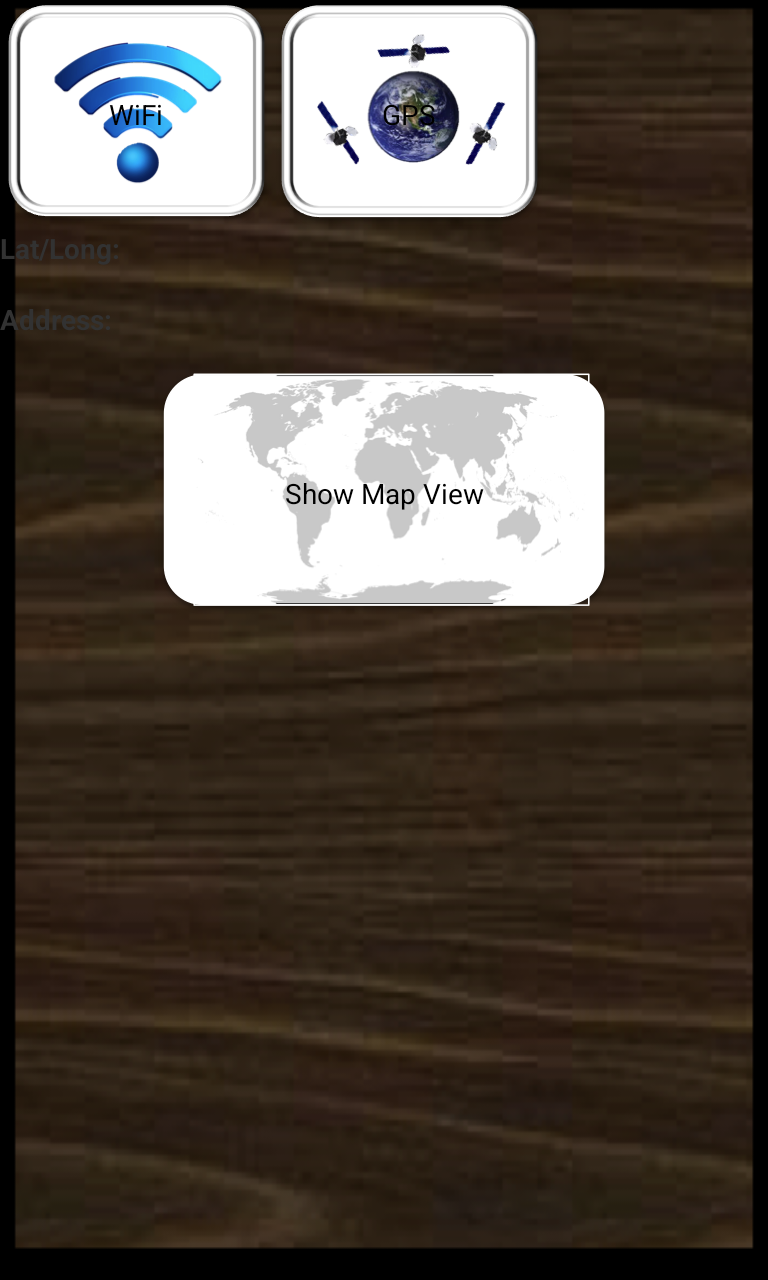
Repository: Arvind83/Pilot_project
Layout: LocationAware/res/layout/main.xml
The author's editor kept a copy of each file at every save. The layout is drawn from the files as they stood at one save, then again after the next save.
It is drawn on a 768 x 1280 px phone screen (xhdpi) without system bars, with theme android:Theme.Holo; the app's code is not run.

Above is the layout before, as saved 2013-03-17 21:09:06.

### LocationAware/res/layout/main.xml
<?xml version="1.0" encoding="utf-8"?>
<!--
  Copyright (C) 2012 The Android Open Source Project

  Licensed under the Apache License, Version 2.0 (the "License");
  you may not use this file except in compliance with the License.
  You may obtain a copy of the License at

       http://www.apache.org/licenses/LICENSE-2.0

  Unless required by applicable law or agreed to in writing, software
  distributed under the License is distributed on an "AS IS" BASIS,
  WITHOUT WARRANTIES OR CONDITIONS OF ANY KIND, either express or implied.
  See the License for the specific language governing permissions and
  limitations under the License.
-->
<LinearLayout xmlns:android="http://schemas.android.com/apk/res/android"
    android:layout_width="match_parent"
    android:layout_height="match_parent"
    android:theme="@android:style/Theme.Light"
    android:background= "@drawable/background"
    android:orientation="vertical">

    <LinearLayout android:layout_width="match_parent"
        android:layout_height="wrap_content"
        android:orientation="horizontal" >
        <Button android:id="@+id/provider_fine"
            android:layout_width="wrap_content"
            android:layout_height="wrap_content"
            android:text="@string/use_fine_provider"
            android:background="@drawable/button1_inactive"
            android:minWidth="120sp"
            android:layout_gravity = "left"
            android:onClick="useFineProvider" />

        <Button android:id="@+id/provider_both"
            android:layout_width="wrap_content"
            android:layout_height="wrap_content"
            android:text="@string/use_both_providers"
            android:background="@drawable/button2_inactive"
            android:minWidth="120sp"
            android:layout_gravity = "right"
            android:onClick="useCoarseFineProviders" />
    </LinearLayout>
    <LinearLayout android:layout_width="match_parent"
        android:layout_height="wrap_content"
        android:orientation="vertical" >
    <TextView android:id="@+id/label_latlng"
        android:layout_width="match_parent"
        android:layout_height="wrap_content"
        android:layout_gravity ="center_vertical"
        android:textStyle="bold"
        android:textSize="14sp"
        android:text="@string/latlng" />
    <TextView android:id="@+id/latlng"
        android:layout_width="match_parent"
        android:layout_height="wrap_content"
        android:layout_gravity ="center_vertical"
        android:textStyle="bold"
        android:textSize="12sp" />
    <TextView android:id="@+id/label_address"
        android:layout_width="match_parent"
        android:layout_height="wrap_content"
        android:layout_gravity ="center_vertical"
        android:textStyle="bold"
        android:textSize="14sp"
        android:text="@string/address" />
    <TextView android:id="@+id/address"
        android:layout_width="match_parent"
        android:layout_height="wrap_content"
        android:gravity="center"
        android:textStyle="bold"
        android:layout_gravity ="center_vertical"
        android:textSize="12sp" />
    <LinearLayout
    android:id="@+id/LinearLayout1"
    android:layout_width="fill_parent"
    android:layout_height="fill_parent"
    android:gravity="center"
    android:orientation="vertical" >
    <Button android:id="@+id/map_view"
            android:layout_width="wrap_content"
            android:layout_height="wrap_content"
            android:text="@string/show_map"
            android:background="@drawable/gotomap"
            android:gravity = "center"
            android:minWidth="180sp"/>
            </LinearLayout>

    </LinearLayout>

</LinearLayout>

### LocationAware/res/values/strings.xml
<?xml version="1.0" encoding="utf-8"?>
<!--
  Copyright (C) 2012 The Android Open Source Project

  Licensed under the Apache License, Version 2.0 (the "License");
  you may not use this file except in compliance with the License.
  You may obtain a copy of the License at

       http://www.apache.org/licenses/LICENSE-2.0

  Unless required by applicable law or agreed to in writing, software
  distributed under the License is distributed on an "AS IS" BASIS,
  WITHOUT WARRANTIES OR CONDITIONS OF ANY KIND, either express or implied.
  See the License for the specific language governing permissions and
  limitations under the License.
-->
<resources>
    <string name="app_name">Location Update App</string>
    <string name="address">Address:</string>
    <string name="enable_gps">Enable GPS</string>
    <string name="enable_gps_dialog">GPS provider not enabled. Would you like to enable it?</string>
    <string name="latlng">Lat/Long:</string>
    <string name="unknown">--Unknown--</string>
    <string name="not_support_gps">GPS provider not supported</string>
    <string name="not_support_network">Network provider not supported</string>
    <string name="use_fine_provider">WiFi</string>
    <string name="use_both_providers">GPS</string>
    <string name="show_map">Show Map View</string>
    <string name="back">Back to Welcome Screen</string>
</resources>

### LocationAware/res/drawable/button1_inactive.xml
<?xml version="1.0" encoding="utf-8"?>
<!--
  Copyright (C) 2012 The Android Open Source Project

  Licensed under the Apache License, Version 2.0 (the "License");
  you may not use this file except in compliance with the License.
  You may obtain a copy of the License at

       http://www.apache.org/licenses/LICENSE-2.0

  Unless required by applicable law or agreed to in writing, software
  distributed under the License is distributed on an "AS IS" BASIS,
  WITHOUT WARRANTIES OR CONDITIONS OF ANY KIND, either express or implied.
  See the License for the specific language governing permissions and
  limitations under the License.
-->
<selector xmlns:android="http://schemas.android.com/apk/res/android">
    <item android:state_pressed="true"
        android:drawable="@drawable/button1_pressed" />
    <item android:drawable="@drawable/button1_default" />
</selector>

### LocationAware/res/drawable/button2_inactive.xml
<?xml version="1.0" encoding="utf-8"?>
<!--
  Copyright (C) 2012 The Android Open Source Project

  Licensed under the Apache License, Version 2.0 (the "License");
  you may not use this file except in compliance with the License.
  You may obtain a copy of the License at

       http://www.apache.org/licenses/LICENSE-2.0

  Unless required by applicable law or agreed to in writing, software
  distributed under the License is distributed on an "AS IS" BASIS,
  WITHOUT WARRANTIES OR CONDITIONS OF ANY KIND, either express or implied.
  See the License for the specific language governing permissions and
  limitations under the License.
-->
<selector xmlns:android="http://schemas.android.com/apk/res/android">
    <item android:state_pressed="true"
        android:drawable="@drawable/button2_pressed" />
    <item android:drawable="@drawable/button2_default" />
</selector>

After the next save:
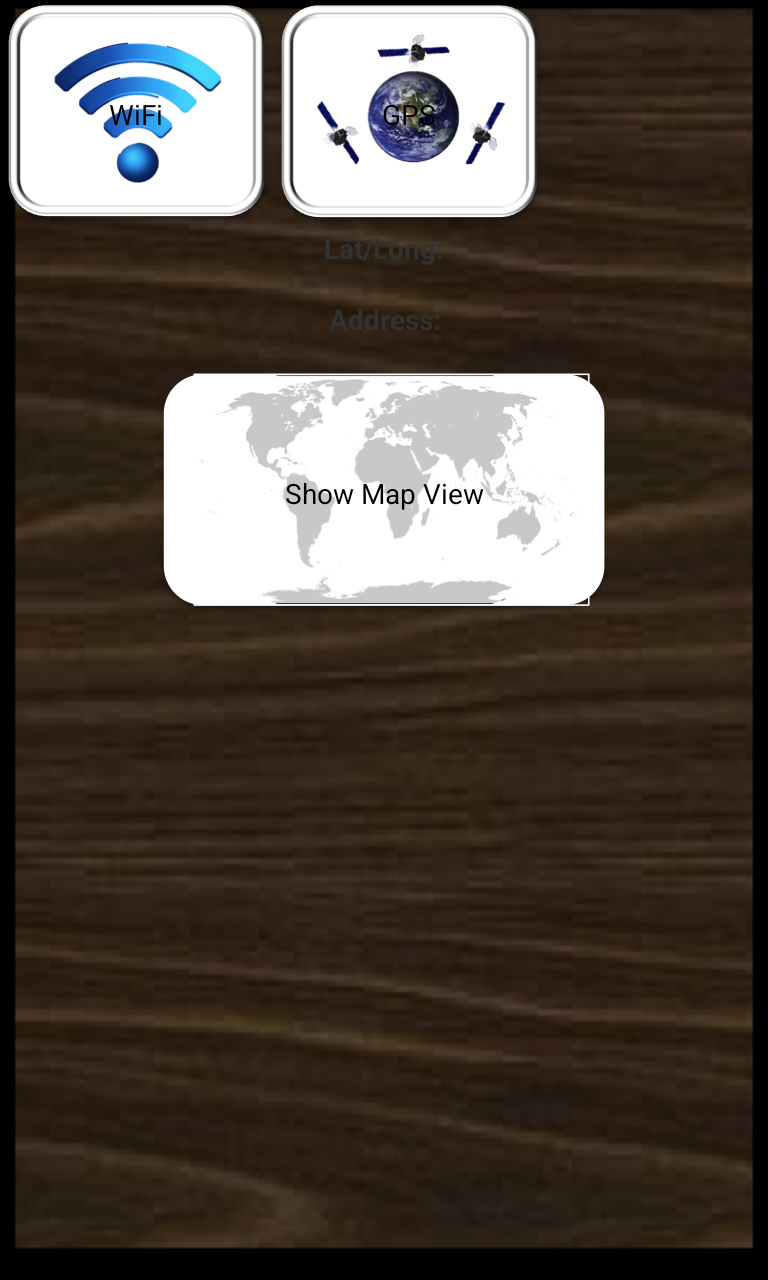
Saved 51 s later.
--- a/LocationAware/res/layout/main.xml
+++ b/LocationAware/res/layout/main.xml
@@ -30,7 +30,7 @@
             android:text="@string/use_fine_provider"
             android:background="@drawable/button1_inactive"
             android:minWidth="120sp"
-            android:layout_gravity = "left"
+            android:layout_alignParentLeft="true"
             android:onClick="useFineProvider" />
 
         <Button android:id="@+id/provider_both"
@@ -39,7 +39,7 @@
             android:text="@string/use_both_providers"
             android:background="@drawable/button2_inactive"
             android:minWidth="120sp"
-            android:layout_gravity = "right"
+            android:layout_alignParentRight="true"
             android:onClick="useCoarseFineProviders" />
     </LinearLayout>
     <LinearLayout android:layout_width="match_parent"
@@ -48,20 +48,20 @@
     <TextView android:id="@+id/label_latlng"
         android:layout_width="match_parent"
         android:layout_height="wrap_content"
-        android:layout_gravity ="center_vertical"
+        android:gravity="center"
         android:textStyle="bold"
         android:textSize="14sp"
         android:text="@string/latlng" />
     <TextView android:id="@+id/latlng"
         android:layout_width="match_parent"
         android:layout_height="wrap_content"
-        android:layout_gravity ="center_vertical"
+        android:gravity="center"
         android:textStyle="bold"
         android:textSize="12sp" />
     <TextView android:id="@+id/label_address"
         android:layout_width="match_parent"
         android:layout_height="wrap_content"
-        android:layout_gravity ="center_vertical"
+        android:gravity="center"
         android:textStyle="bold"
         android:textSize="14sp"
         android:text="@string/address" />
@@ -70,7 +70,6 @@
         android:layout_height="wrap_content"
         android:gravity="center"
         android:textStyle="bold"
-        android:layout_gravity ="center_vertical"
         android:textSize="12sp" />
     <LinearLayout
     android:id="@+id/LinearLayout1"
@@ -83,7 +82,6 @@
             android:layout_height="wrap_content"
             android:text="@string/show_map"
             android:background="@drawable/gotomap"
-            android:gravity = "center"
             android:minWidth="180sp"/>
             </LinearLayout>
 
